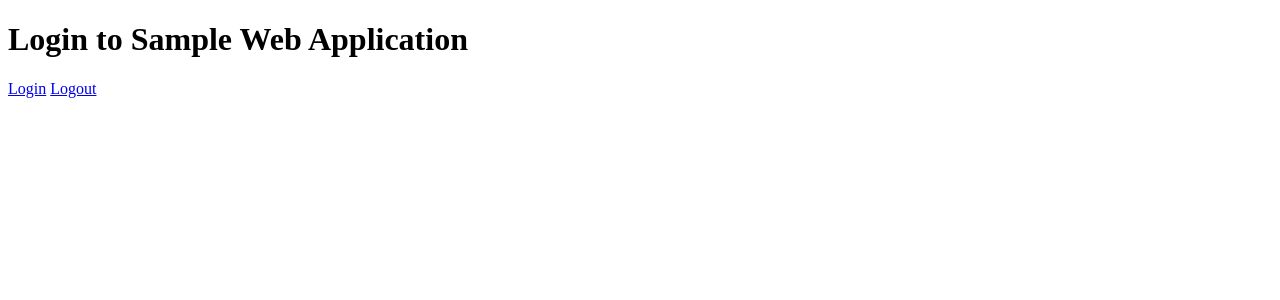
Repository: vimala-pydi/spring-pawsandwhiskers
Page: src/main/webapp/index.html
These files come from the project's save history. The page is drawn as it stood at one moment and after the next save; the edit follows.
The browser window is 1280 px wide. The pictures show the whole page.

Above is the page before, as saved 2023-08-13 22:21:53.

After the next save:
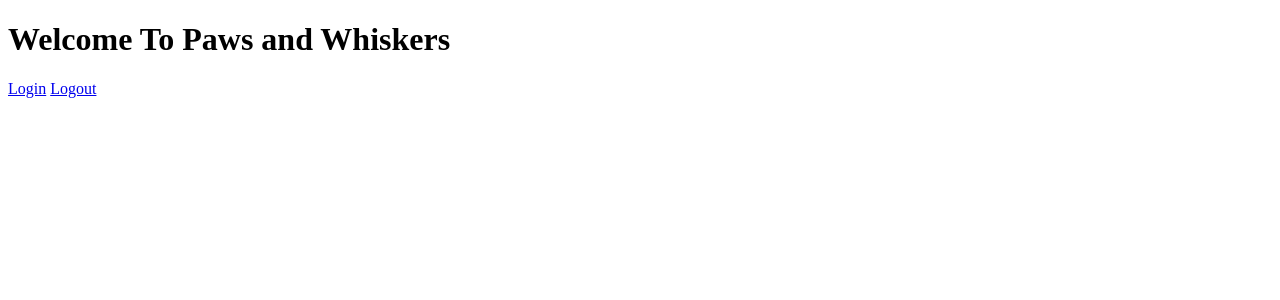
Saved 15 h 19 min later.
--- a/src/main/webapp/index.html
+++ b/src/main/webapp/index.html
@@ -5,8 +5,11 @@
 		<title>Welcome To Paws and Whiskers Web Application !!</title>
 	</head>
 	<body>
-		<h1>Login to Sample Web Application</h1>
-		<a href="login.html">Login</a>
-		<a href="LogoutServlet">Logout</a>
+		<h1>Welcome To Paws and Whiskers</h1>
+		<div id="auth">
+			<a href="login.html">Login</a>
+			<a href="LogoutServlet">Logout</a>
+		</div>
+
 	</body>
 </html>
